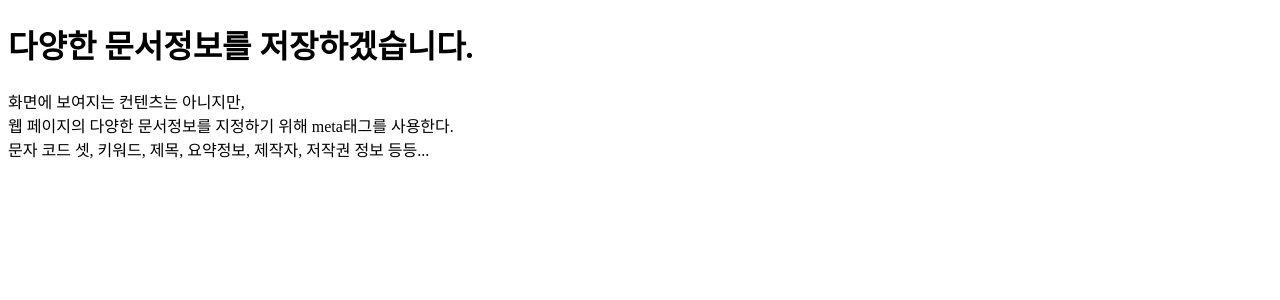
Repository: masima305/html_study
Page: Ex_1220/WebContent/day1/meta_tag.html
An editor plug-in stored every save of this project. The page is shown before and after the next save, followed by the edit.
The browser window is 1280 px wide. The pictures show the whole page.

Above is the page before, as saved 2017-12-20 05:43:27.

### Ex_1220/WebContent/day1/meta_tag.html
<!DOCTYPE html>
<html>
	<head>

		<meta charset="UTF-8">
		<title>메타태그</title>
		<meta name = "keywords" content = "웹표준, 웹컨텐츠 접근성"/>
		<meta name = "subject" content = "메타 태그 페이지"/>
		<meta name = "description" content="웹 표준의 개요와 사용지침(페이지 요약정보)"/>
		<meta name = "author" content="홍길동, abc@naver.com"/>
		<meta name = "capyright" content = "copyright 2017 inc corp."/>

	</head>
	<body>
		<h1>다양한 문서정보를 저장하겠습니다.</h1>
		<p>
			화면에 보여지는 컨텐츠는 아니지만,<br> 웹 페이지의 다양한 문서정보를 지정하기 위해 meta태그를 사용한다.
			<br>
			문자 코드 셋, 키워드, 제목, 요약정보, 제작자, 저작권 정보 등등...
		</p>
	</body>
</html>

After the next save:
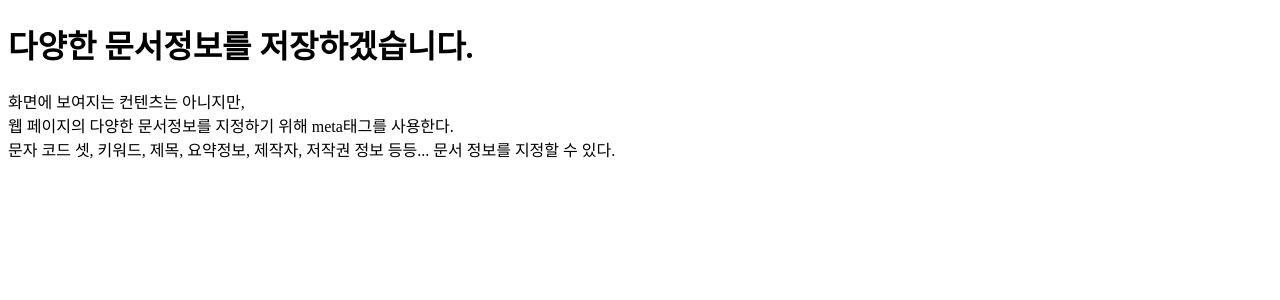
Saved 1 s later.
--- a/Ex_1220/WebContent/day1/meta_tag.html
+++ b/Ex_1220/WebContent/day1/meta_tag.html
@@ -16,7 +16,8 @@
 		<p>
 			화면에 보여지는 컨텐츠는 아니지만,<br> 웹 페이지의 다양한 문서정보를 지정하기 위해 meta태그를 사용한다.
 			<br>
-			문자 코드 셋, 키워드, 제목, 요약정보, 제작자, 저작권 정보 등등...
+			문자 코드 셋, 키워드, 제목, 요약정보, 제작자, 저작권 정보 등등... 문서 정보를 지정할 수 있다.
+
 		</p>
 	</body>
 </html>
